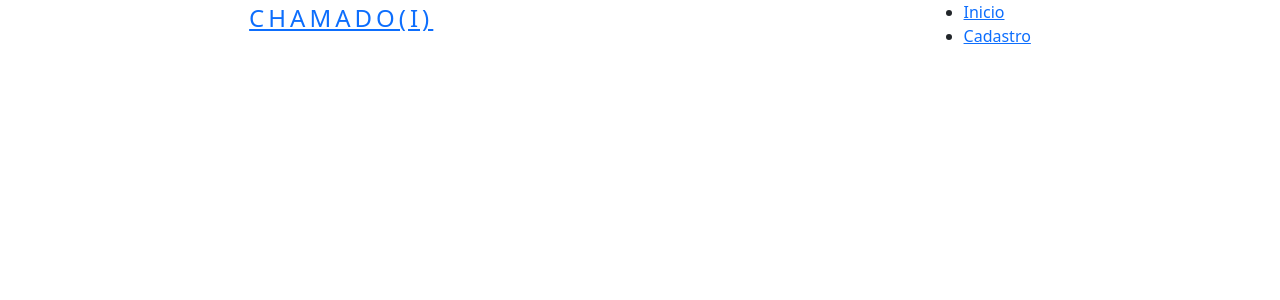
Repository: isaquemc2001/isaque-utilities
Page: index.html
The author's editor kept a copy of each file at every save. The page is drawn from the files as they stood at one save, then again after the next save.
The browser window is 1280 px wide. The pictures show the whole page.

Above is the page before, as saved 2021-10-28 08:57:38.

After the next save:
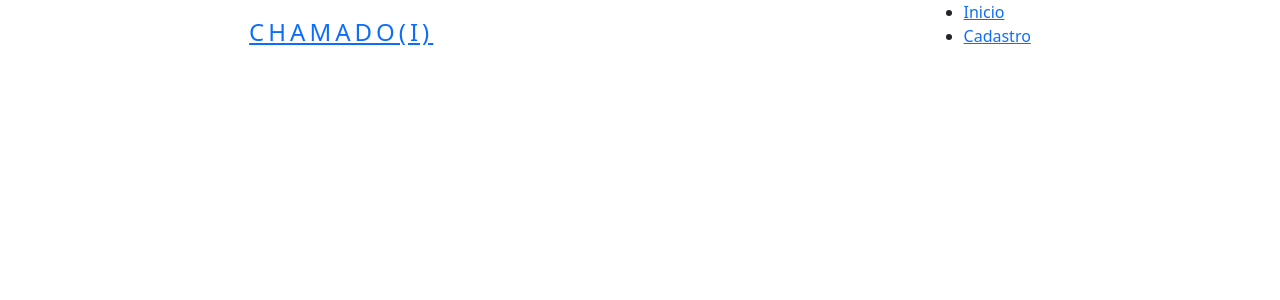
Saved 2 min 51 s later.
--- a/style.css
+++ b/style.css
@@ -22,4 +22,6 @@
 nav{
     display: flex;
     justify-content: space-around;
+    align-items: center;
+    font-family: system-ui, -apple-system, Helvetica, Arial, sans-serif;
 }
